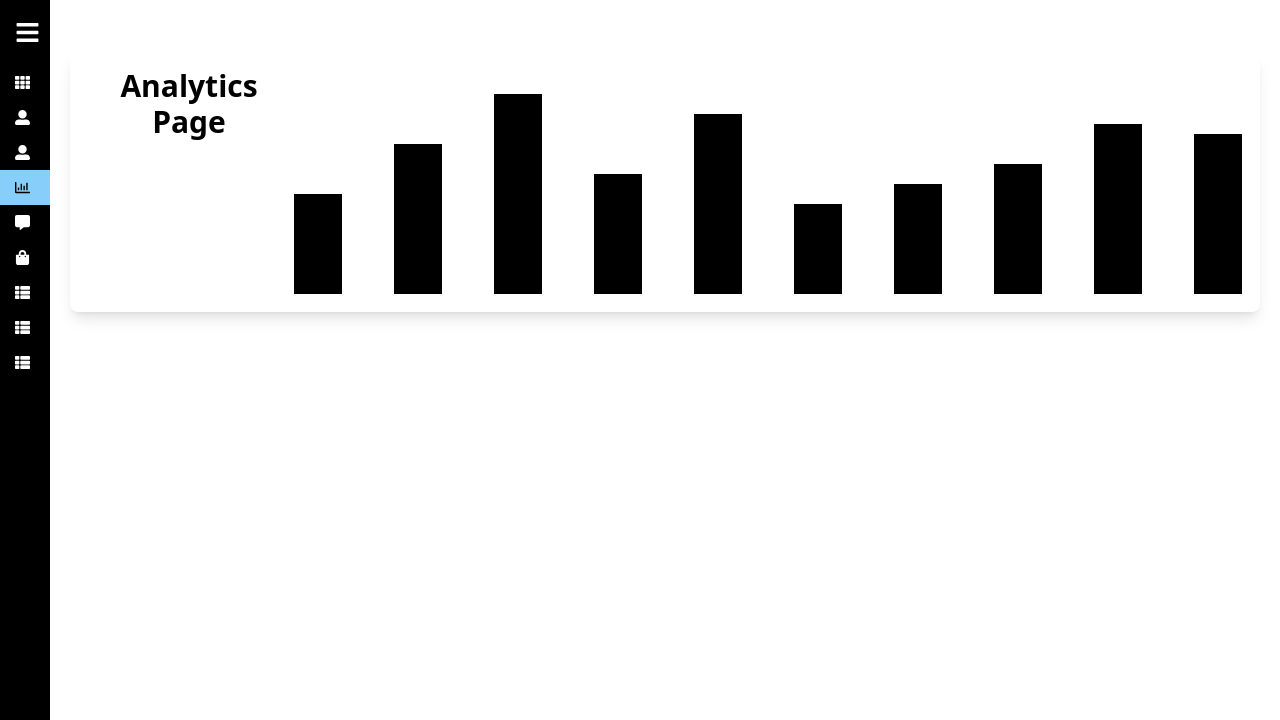
Repository: AndargWorku12/admin-dashboard
Page: /analytics
The author's editor kept a copy of each file at every save. The page is drawn from the files as they stood at one save, then again after the next save.
The browser window is 1280 px wide. The pictures show the whole page.
The project was rebuilt for these pictures with package versions that can differ from the ones it lists, and the page was loaded fresh each time. Also part of the build but not shown: src/pages/Dashboard.tsx, src/pages/Orders.tsx, src/pages/Category.tsx, src/pages/Login.tsx, src/pages/CustemerReview.tsx, src/pages/ProductList.tsx, src/pages/ShopCard.tsx, src/pages/SignUpForm.tsx.

Above is the page before, as saved 2024-01-25 05:22:21.

After the next save:
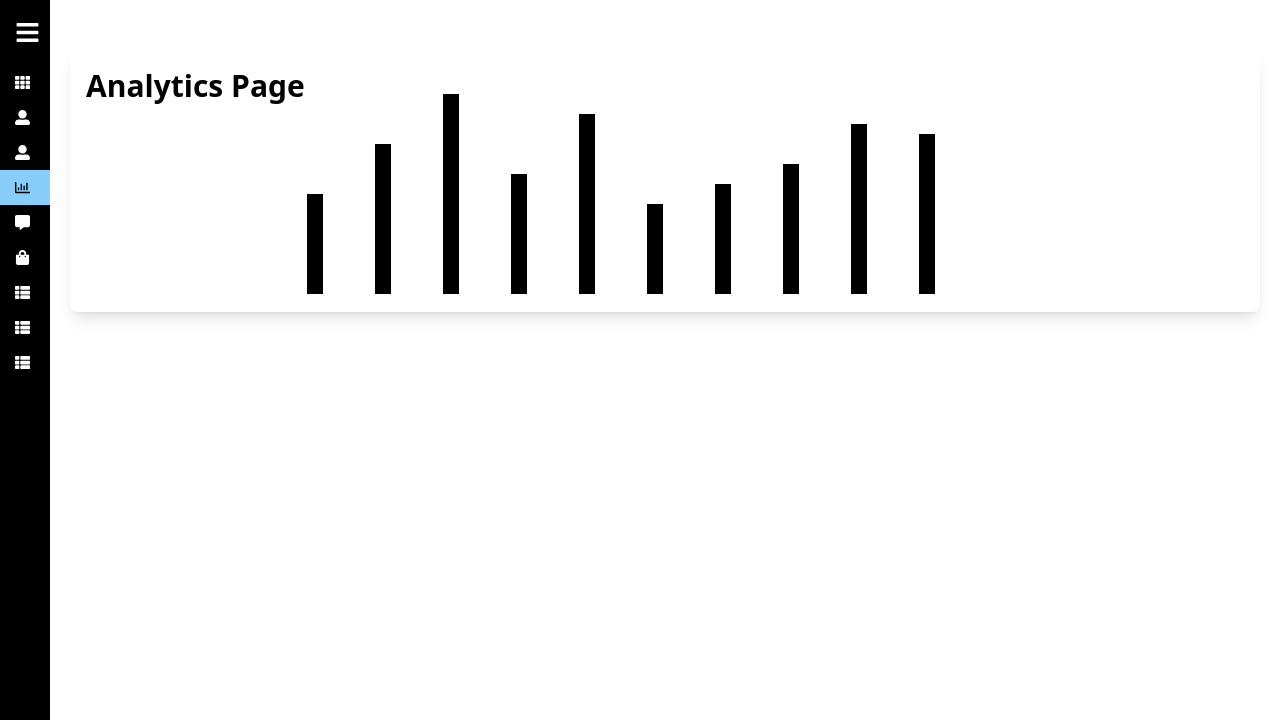
Saved 2 min 19 s later.
--- a/src/pages/Analytics.tsx
+++ b/src/pages/Analytics.tsx
@@ -15,33 +15,24 @@ const Analytics: React.FC<AnalyticsProps> = ({ saleData }) => {
       <h2 className="text-3xl font-bold mb-4">Analytics Page</h2>
       <div className="flex justify-center items-end h-300 mt-6 gap-12 border-3 border-red-500">
         {saleData.map((data, index) => (
-          <Bar key={index} amount={data.amount} />
+          <Line key={index} amount={data.amount} />
         ))}
       </div>
     </div>
   );
 };
 
-interface BarProps {
+interface LineProps {
   amount: number;
 }
 
-const Bar: React.FC<BarProps> = ({ amount }) => {
+const Line: React.FC<LineProps> = ({ amount }) => {
   return (
-    <div className="bg-black w-12 m-0.5 border-3 border-blue-500" style={{ height: `${amount}px` }}></div>
+    <div className="bg-black w-4 m-0.5 border-3 border-blue-500" style={{ height: `${amount}px` }}></div>
   );
 };
 
 export default Analytics;
-
-
-
-
-
-
-
-
-
 
 
 
